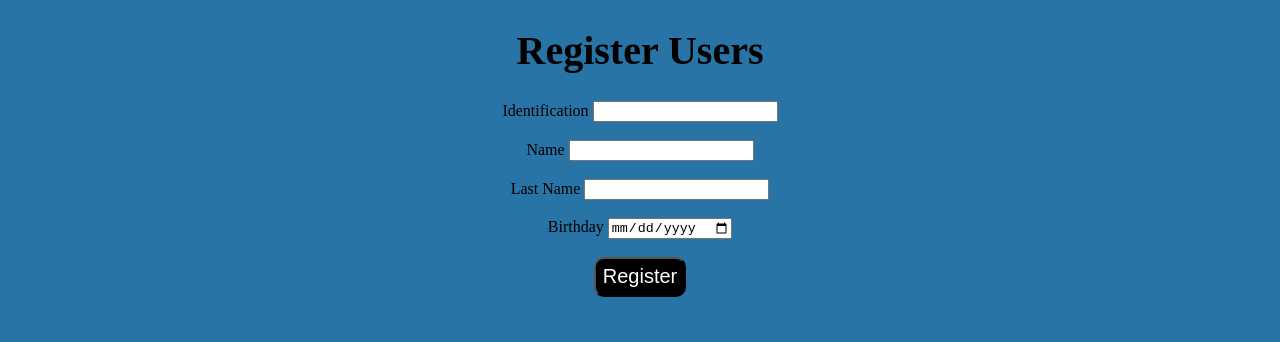
Repository: Grupo7cloud/app-cym-7
Page: http://localhost/register_page
The author's editor kept a record of every edit. The page is drawn from the files as they stood at one moment, then again after the next edit.
The browser window is 1280 px wide. The pictures show the whole page.
The page is served by the project's application, run on Flask 3 (server.py).

Above is the page before.

After the next edit:
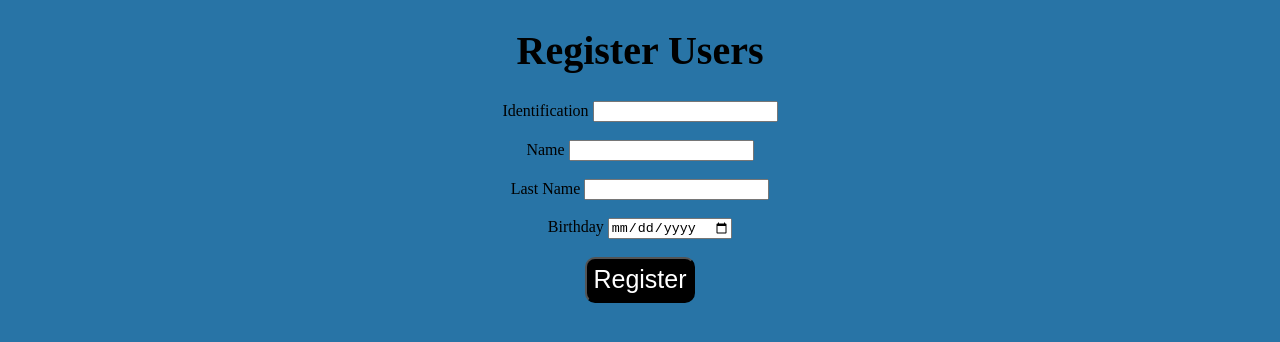
The edit:
--- a/static/css/styleRegister.css
+++ b/static/css/styleRegister.css
@@ -6,7 +6,7 @@
     background: #2874A6;
 }
 button {
-    font-size: 20px;
+    font-size: 25px;
     background-color: black;
     color: white;
     border-radius: 10px;
